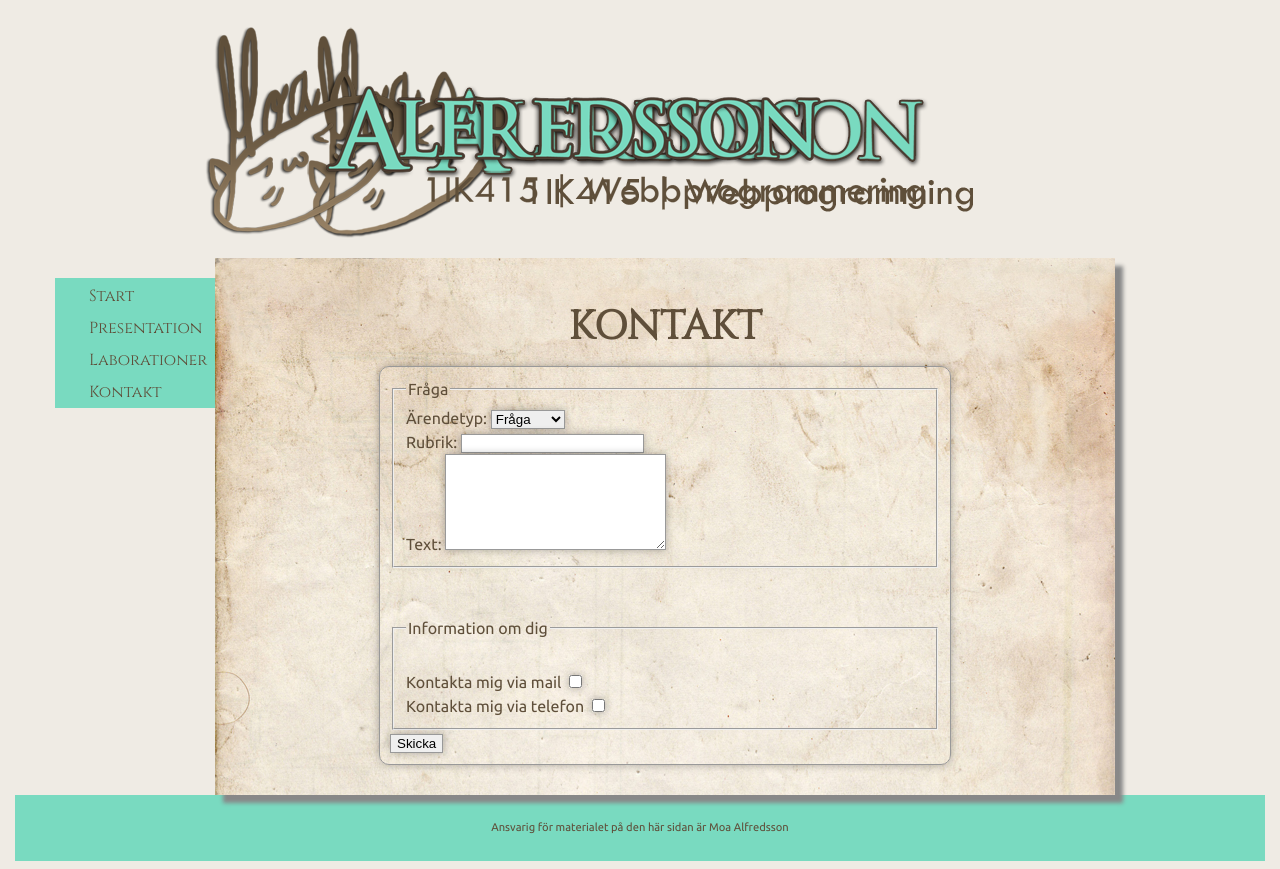
Repository: ma223md/1ik415
Page: Pages/kontakt.html
The author's editor kept a record of every edit. The page is drawn from the files as they stood at one moment, then again after the next edit.
The browser window is 1280 px wide. The pictures show the whole page.

Above is the page before.

### Pages/kontakt.html
<!DOCTYPE html>
<html>
    <head>
        <title>Kontakt</title>
        <meta charset="UTF-8">
        <!-- Gör så att svenska bokstäver visas korrekt -->
        <link rel="stylesheet" href="../css/style2.css" />
        <link href='//fonts.googleapis.com/css?family=Ubuntu' rel='stylesheet' type='text/css'>
        <link href='//fonts.googleapis.com/css?family=Cinzel' rel='stylesheet' type='text/css'>
    </head>
    <body>
        <div id="container">
            <div id="header">
                <img src="../Pictures/logga.png" alt="logga">
            </div>
            <div id="navigation">
            <ul>
                <li><a href="../Index.html">Start</a></li>
                <li><a href="../Pages/presentation.html" >Presentation</a></li>
                <li><a href="../Pages/laborationer.html">Laborationer</a></li>
                <li><a href="../Pages/kontakt.html" class="active">Kontakt</a></li>
                </ul>
            </div>
            <div id="content">
                <h1>Kontakt</h1>
                <form name="contactForm" action="http://voyager.lnu.se/tekinet/kurser/dtt/wp_webbintro/form.php" method="post">
                    <fieldset>
                        <legend>Fråga</legend>
                        Ärendetyp:
                        <select name="errand">
                            <option value="question">Fråga</option>
                            <option value="greeting">Hälsning</option>
                            <option value="other">Övrigt</option>
                        </select>
                        <br>
                        Rubrik: <input type="text" name="headline"><br>
                        Text: <textarea  name="comments" cols="25" rows="6"></textarea>
                    </fieldset>
                    <br>
                    <br>
                    <fieldset>
                        <legend>Information om dig</legend><br>
                        Kontakta mig via mail <input type="checkbox" name="contact" value="mail"><br>
                        Kontakta mig via telefon <input type="checkbox" name="contact" value="phone"><br>
                    </fieldset>
                    <input type="submit" value="Skicka" name="send">
                </form>
            </div>
            <div id="footer">
                <p>Ansvarig för materialet på den här sidan är Moa Alfredsson</p>
            </div>
        </div>
    </body>
</html>

### css/style2.css
/* Layout */

/*  Colors
    Main: #e1e0ce
    Navigation: #79dac0
    Content text: #5f4f3a
*/
body
    {
        background: #efebe4;
        line-height: 1.5em;
    }

#header
    {
        background-image: url(pics/logga2.png);
        background-repeat: no-repeat;
        background-position: center;
        height:250px;
    }

#container
    {
        background: #efebe4;
        width: 1250px;
        overflow: auto;
        margin: 0 auto;
    }


#header img
    {
        padding-top: 15px;
        padding-left: 185px;
    }

#home a
    {
        background: url(pics/sprite.png) 5px -43px;
        background-repeat: no-repeat;
    }
#home a:hover
    {
        background: url(pics/sprite.png) 5px 5px;
        background-repeat: no-repeat;
        background-color:  #95efd7;
    }

#pres a
    {
        background: url(pics/sprite.png) 5px -235px;
        background-repeat: no-repeat;
    }
#pres a:hover
    {
        background: url(pics/sprite.png) 5px -187px;
        background-repeat: no-repeat;
        background-color:  #95efd7;
    }

#lab a
    {
        background: url(pics/sprite.png) 5px -139px;
        background-repeat: no-repeat;
    }

#lab a:hover
    {
        background: url(pics/sprite.png) 5px -91px;
        background-repeat: no-repeat;
        background-color:  #95efd7;
    }

#contact a
    {
        background: url(pics/sprite.png) 5px -331px;
        background-repeat: no-repeat;
    }

#contact a:hover
    {
        background: url(pics/sprite.png) 5px -283px;
        background-repeat: no-repeat;
        background-color:  #95efd7;
    }

#navigation
    {
        float: left;
        background: #efebe4;
        width: 200px;
    }

#navigation ul
    {
        list-style: none;
    }

#navigation li
    {
            width: 185px;
            height: 24px;
            padding-top: 4px;
            padding-bottom: 4px;
    }

#navigation a
    {
        padding-left: 34px;
        padding-right: 8px;
        padding-top: 6px;
        padding-bottom: 4px;
        text-decoration: none;
        font-family: 'Cinzel', serif;
        background-color: #79dac0;
        color: #5f4f3a;
        display: block;
    }

#navigation ul li .activehome
    {
        color: #5f4f3a;
        background-color: #95efd7;
        background: url(pics/sprite.png) 5px 5px;
        background-repeat: no-repeat;
    }
#navigation ul li .activepres
    {
        color: #5f4f3a;
        background-color: #95efd7;
        background: url(pics/sprite.png) 5px -187px;
        background-repeat: no-repeat;
    }
#navigation ul li .activelab
    {
        color: #5f4f3a;
        background-color: #95efd7;
        background: url(pics/sprite.png) 5px -91px;
        background-repeat: no-repeat;
    }
#navigation ul li .activecontact
    {
        color: #5f4f3a;
        background-color: #95efd7;
        background: url(pics/sprite.png) 5px -283px;
        background-repeat: no-repeat;
    }


#content
    {
        background-image: url(pics/paperbackground.jpg);
        width: 840px;
        float: left;
        box-shadow: 8px 8px 4px #888888;
        padding: 30px;
        color: #5f4f3a;
        font-family: 'Ubuntu', sans-serif;
    }

#content p
    {
        padding-bottom: 10px;
    }

#content .blogdate
    {
        font-size: 0.7em;
        clear: both;
    }

#content h1
    {
        color: #5f4f3a;
        font-family: 'Cinzel', serif;
        font-size: 2.5em;
        text-transform: uppercase;
        text-align: center;
    }

#content h2, h3
    {
        color: #5f4f3a;
        font-family: 'Cinzel', serif;
    }

#content table, th, td
    {
        border: 2px solid #5f4f3a;
    }

#content td
    {
        padding: 10px;
    }

#content a
    {
        color: #5f4f3a;
    }
/* Textwrap för bilder */
.TextWrapRight
    {
        float: right;
        padding-bottom: 10px;
        padding-left: 10px;
    }
.TextWrapLeft
    {
        float: left;
        padding-bottom: 10px;
        padding-right: 10px;
    }

img
    {
        max-width: 100%;
    }

video
    {
        max-width: 700px;
    }

form
    {
        margin:auto;
        position:relative;
        width:550px;
        color: #5f4f3a;
        font-family: 'Ubuntu', sans-serif;
        -webkit-border-radius: 10px;
        -moz-border-radius: 10px;
        padding:10px;
        border: 1px solid #999;
        border: inset 1px solid #333;
        -webkit-box-shadow: 0px 0px 8px rgba(0, 0, 0, 0.3);
        -moz-box-shadow: 0px 0px 8px rgba(0, 0, 0, 0.3);
        box-shadow: 0px 0px 8px rgba(0, 0, 0, 0.3);
    }

input, option, textarea, select
    {
        border: 1px solid #999;
        -webkit-box-shadow: 0px 0px 8px rgba(0, 0, 0, 0.3);
        -moz-box-shadow: 0px 0px 8px rgba(0, 0, 0, 0.3);
        box-shadow: 0px 0px 8px rgba(0, 0, 0, 0.3);
    }

.fillIn
    {
        width:375px;
        display:block;
    }

.button
    {
        width:80px;
        margin-top:10px;
        padding: 5px;
        color: #5f4f3a;
        font-family: 'Ubuntu', sans-serif;
    }


/* Placerar footer under kolumnerna */
#footer
    {
        clear: both;
        background: #79dac0;
        height: 66px;
    }

#footer p
    {
        color: #5f4f3a;
        font-family: 'Ubuntu', sans-serif;
        font-size: 0.7em;
        text-align: center;
        padding-top: 20px;
    }

After the next edit:
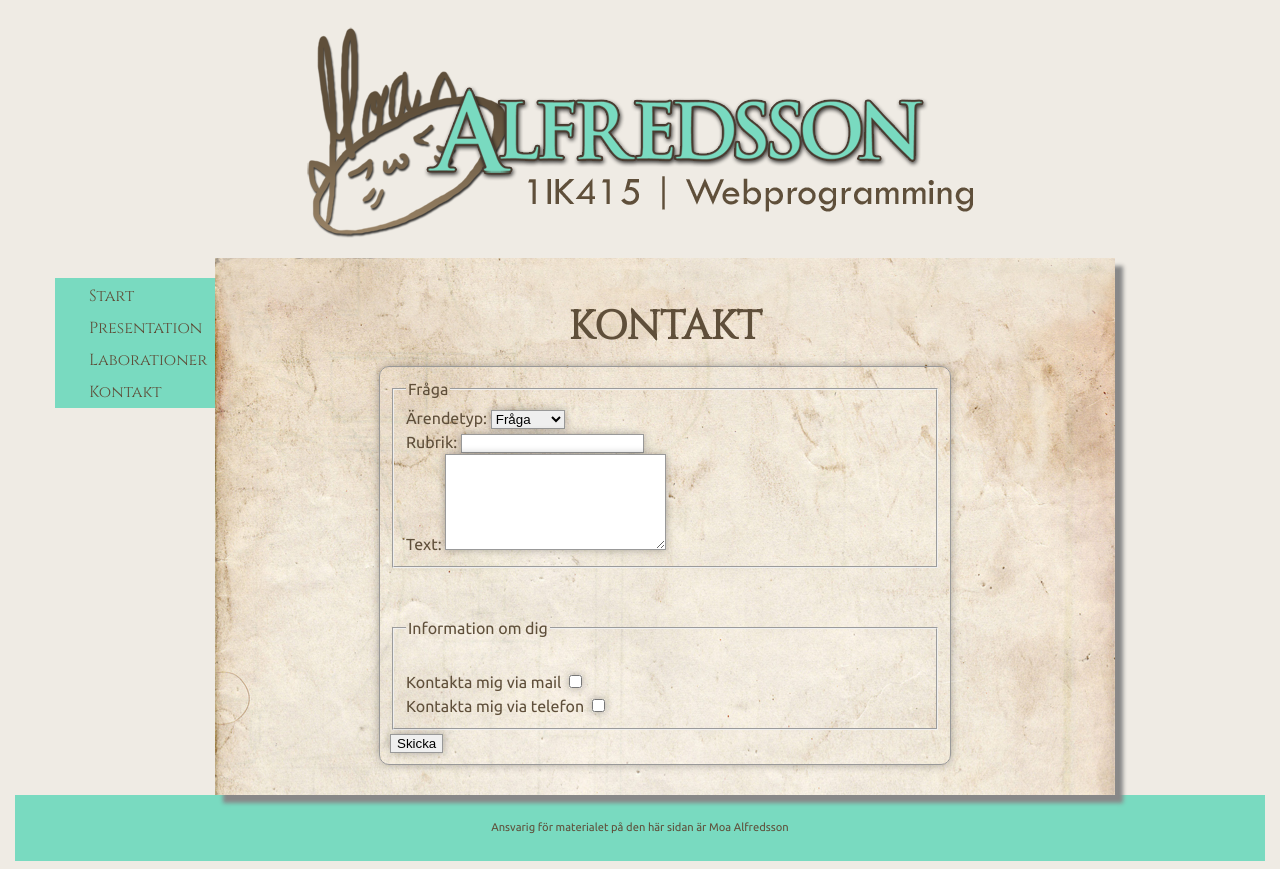
The edit:
--- a/Pages/kontakt.html
+++ b/Pages/kontakt.html
@@ -11,7 +11,6 @@
     <body>
         <div id="container">
             <div id="header">
-                <img src="../Pictures/logga.png" alt="logga">
             </div>
             <div id="navigation">
             <ul>
